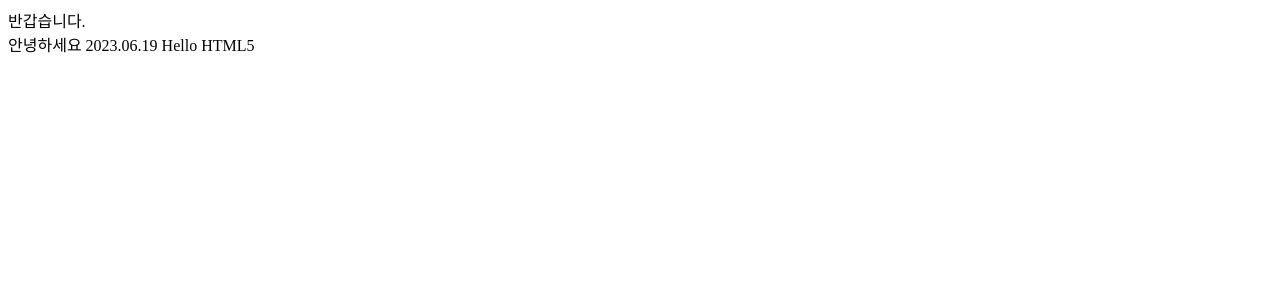
Repository: claddds/2023_webstudy
Page: 01_html/src/main/webapp/day01/ex01.html
An editor plug-in stored every save of this project. The page is shown before and after the next save, followed by the edit.
The browser window is 1280 px wide. The pictures show the whole page.

Above is the page before, as saved 2023-06-19 05:54:02.

### 01_html/src/main/webapp/day01/ex01.html
<!DOCTYPE html>
<html>
<head>
<meta charset="UTF-8">
<title>My HTML 첫 문서</title>
</head>
<body>
	반갑습니다.<br>
	안녕하세요		2023.06.19
	Hello HTML5
	<!-- html 주석: Ctrl + shift =+ / -->
	<!--
		HTML: 웹 페이지 생성, 내용 표시
		CSS: 웹 페이지 내용 및 전체 화면의 모양을 꾸미기
		JavaScript(JS): 웹 페이지의 동작, 기능을 부여하는 것

		HTML: HyperTextMarkupLanguage
		HyperText: 단순한 텍스트를 넘어서 웹 페이지의 특정한 부분과
					연결할 수 있는 기능을 가진 텍스트, 링크라고도 한다.
		MarkupLanguage: 정보를 구조적, 계층적으로 표현 가능한 언어
						계층적 표현이란 부모, 자식, 형제의 구조를 말한다.(ex) 족보

		HTML의 구성요소는 태그로 이루어져 있다.(태그들의 집합이다.)
		태그란 웹 브라우저가 화면에 해당 내용을 어떻게 표시할지를 정의 해 놓은 것
			- 요소(Element = 엘리먼트): <시작태그> 화면에 보이는 글자(텍스트)</끝태그>
									empty 태그: 끝 태그가 존재하지 않음(ex) br, hr, img, input
			- 속성 (attribute): 모든 태그는 속성을 가질 수 있다.
							속성은 반드시 시작태그에서 지정한다.
							태그마다 사용할 수 있는 속성은 다르다.
							<시작태그 속성= "값> 텍스트 </시작태그>
							<시작태그 속성= "값 속성 ="값 속성 ="값> 텍스트 </시작태그>
				속성 중에 style 속성을 이용하면 색상, 글꼴, 크기 등과 같은 요소의 스타일 지정할 수 있다.
				** 태그는 중접해서 사용할 수 있다.
				[올바른 중첩]
				<시작태그1> 텍스트1 <시작태그2> 텍스트2 </끝태그2> </끝태그1>
				[잘못된 중첩]
				<시작태그1> 텍스트1 <시작태그2> 텍스트2 </끝태그1> </끝태그2>
	 -->
</body>
</html>

After the next save:
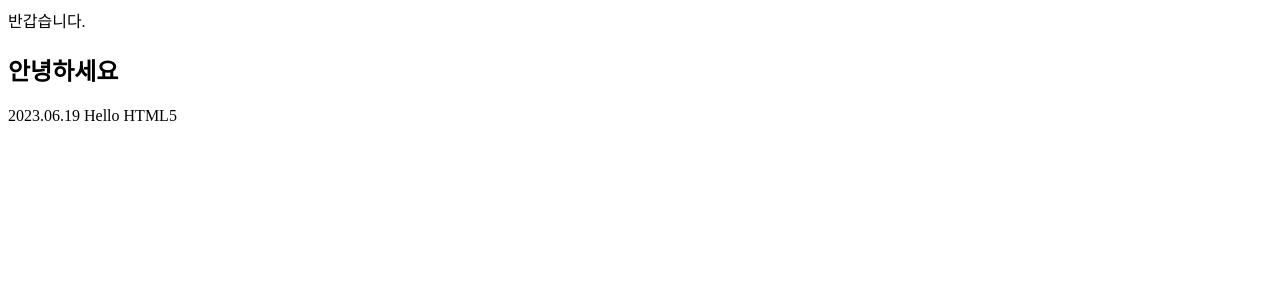
Saved 49 s later.
--- a/01_html/src/main/webapp/day01/ex01.html
+++ b/01_html/src/main/webapp/day01/ex01.html
@@ -6,7 +6,7 @@
 </head>
 <body>
 	반갑습니다.<br>
-	안녕하세요		2023.06.19
+	<h2>안녕하세요</h2>		2023.06.19
 	Hello HTML5
 	<!-- html 주석: Ctrl + shift =+ / -->
 	<!--
